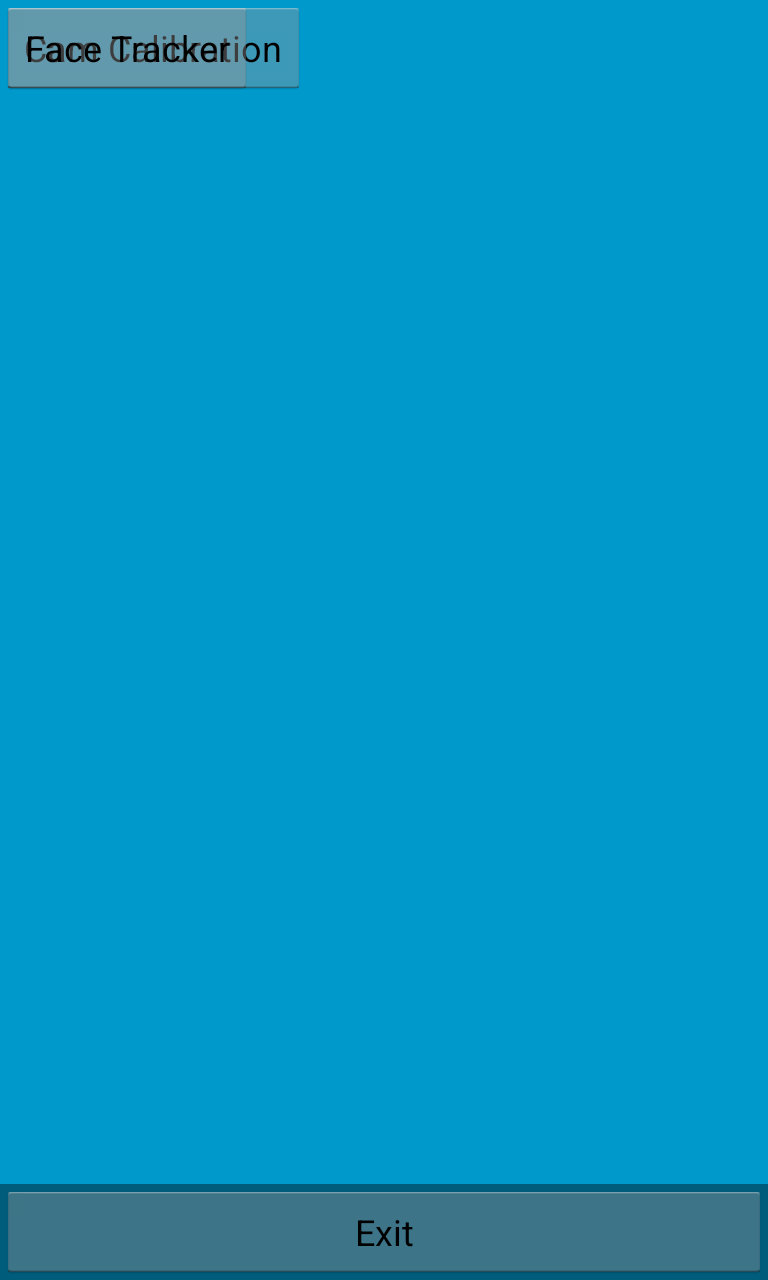
Repository: anuragawasthi89/AndroidImageProcessing
Layout: CVProcessor/res/layout/activity_main_window.xml
These files come from the project's save history. The layout is drawn as it stood at one moment and after the next save; the edit follows.
It is drawn on a 768 x 1280 px phone screen (xhdpi) without system bars, with theme AppTheme; the app's code is not run.

Above is the layout before, as saved 2014-02-07 19:04:40.

### CVProcessor/res/layout/activity_main_window.xml
<FrameLayout xmlns:android="http://schemas.android.com/apk/res/android"
    xmlns:tools="http://schemas.android.com/tools"
    android:layout_width="match_parent"
    android:layout_height="match_parent"
    android:background="#0099cc"
    tools:context=".MainWindow" >

    <!--
         The primary full-screen view. This can be replaced with whatever view
         is needed to present your content, e.g. VideoView, SurfaceView,
         TextureView, etc.
    -->

    <LinearLayout
        android:id="@+id/fullscreen_content"
        android:layout_width="match_parent"
        android:layout_height="match_parent"
        android:gravity="center"
        android:keepScreenOn="true"
        android:orientation="horizontal" />

        <Button
            android:id="@+id/view_camera_calibration_button"
            android:layout_width="wrap_content"
            android:layout_height="wrap_content"
            android:text="@string/view_camera_calibration_button" />

        	<Button
            android:id="@+id/face_tracking_button"
            android:layout_width="wrap_content"
            android:layout_height="wrap_content"
            android:text="@string/face_tracking_button" />


    <!--
         This FrameLayout insets its children based on system windows using
         android:fitsSystemWindows.
    -->

    <FrameLayout
        android:layout_width="match_parent"
        android:layout_height="match_parent"
        android:fitsSystemWindows="true" >

        <LinearLayout
            android:id="@+id/fullscreen_content_controls"
            style="?buttonBarStyle"
            android:layout_width="match_parent"
            android:layout_height="wrap_content"
            android:layout_gravity="bottom|center_horizontal"
            android:background="@color/black_overlay"
            android:orientation="horizontal"
            tools:ignore="UselessParent" >

            <Button
                android:id="@+id/exit_button"
                style="?buttonBarButtonStyle"
                android:layout_width="0dp"
                android:layout_height="wrap_content"
                android:layout_weight="1"
                android:text="@string/exit_button" />
        </LinearLayout>
    </FrameLayout>

</FrameLayout>

### CVProcessor/res/values/strings.xml
<?xml version="1.0" encoding="utf-8"?>
<resources>

    <string name="app_name">CV Processor</string>
    <string name="exit_button">Exit</string>
    <string name="dummy_content">DUMMY\nCONTENT</string>
    <string name="view_camera_calibration_button">Cam Calibration</string>
    <string name="face_tracking_button">Face Tracker</string>

</resources>

Loaded but not shown: CVProcessor/res/values/styles.xml (common file); CVProcessor/res/values-v11/styles.xml (common file); CVProcessor/res/values-v14/styles.xml (common file); CVProcessor/res/values/colors.xml (common file)

After the next save:
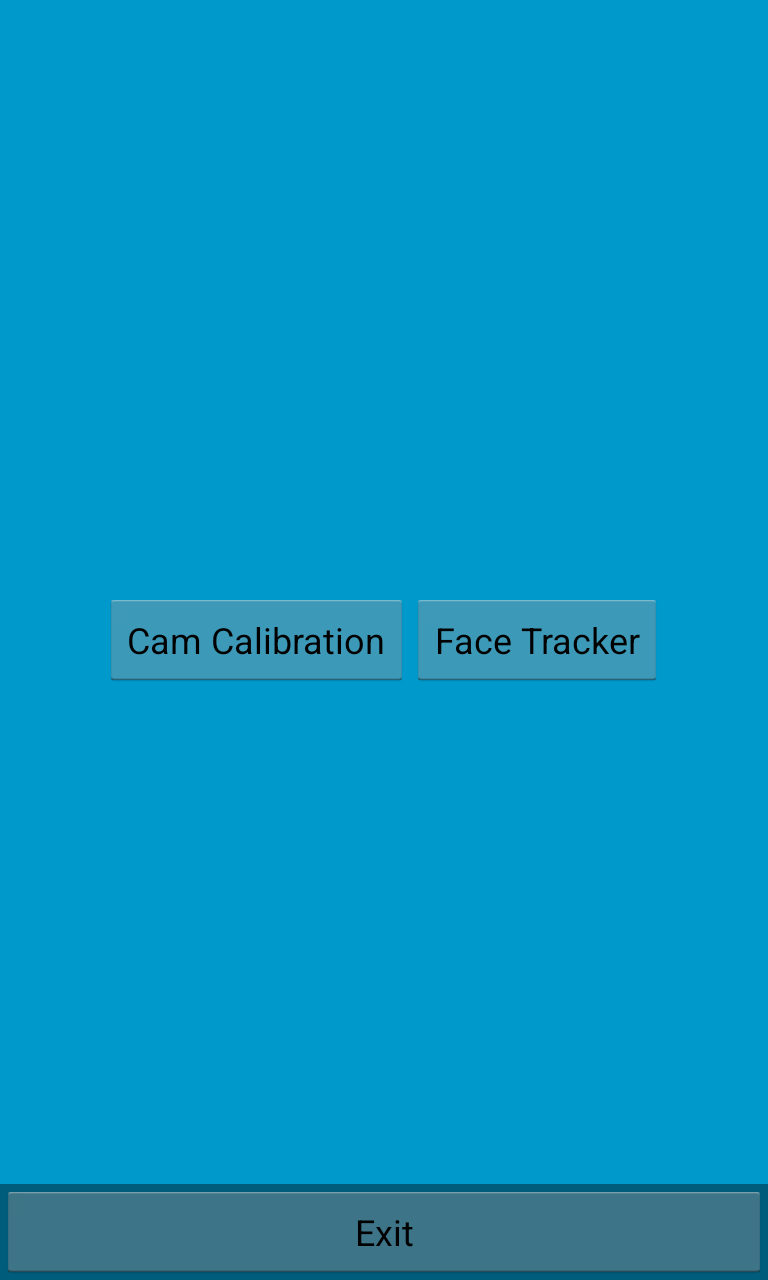
Saved 49 s later.
--- a/CVProcessor/res/layout/activity_main_window.xml
+++ b/CVProcessor/res/layout/activity_main_window.xml
@@ -17,20 +17,21 @@
         android:layout_height="match_parent"
         android:gravity="center"
         android:keepScreenOn="true"
-        android:orientation="horizontal" />
+        android:orientation="horizontal">
 
-        <Button
-            android:id="@+id/view_camera_calibration_button"
-            android:layout_width="wrap_content"
-            android:layout_height="wrap_content"
-            android:text="@string/view_camera_calibration_button" />
+		<Button
+		   android:id="@+id/view_camera_calibration_button"
+		   android:layout_width="wrap_content"
+		   android:layout_height="wrap_content"
+		   android:text="@string/view_camera_calibration_button" />
 
-        	<Button
-            android:id="@+id/face_tracking_button"
-            android:layout_width="wrap_content"
-            android:layout_height="wrap_content"
-            android:text="@string/face_tracking_button" />
+		<Button
+		   android:id="@+id/face_tracking_button"
+		   android:layout_width="wrap_content"
+		   android:layout_height="wrap_content"
+		   android:text="@string/face_tracking_button" />
 
+        </LinearLayout>
 
     <!--
          This FrameLayout insets its children based on system windows using
